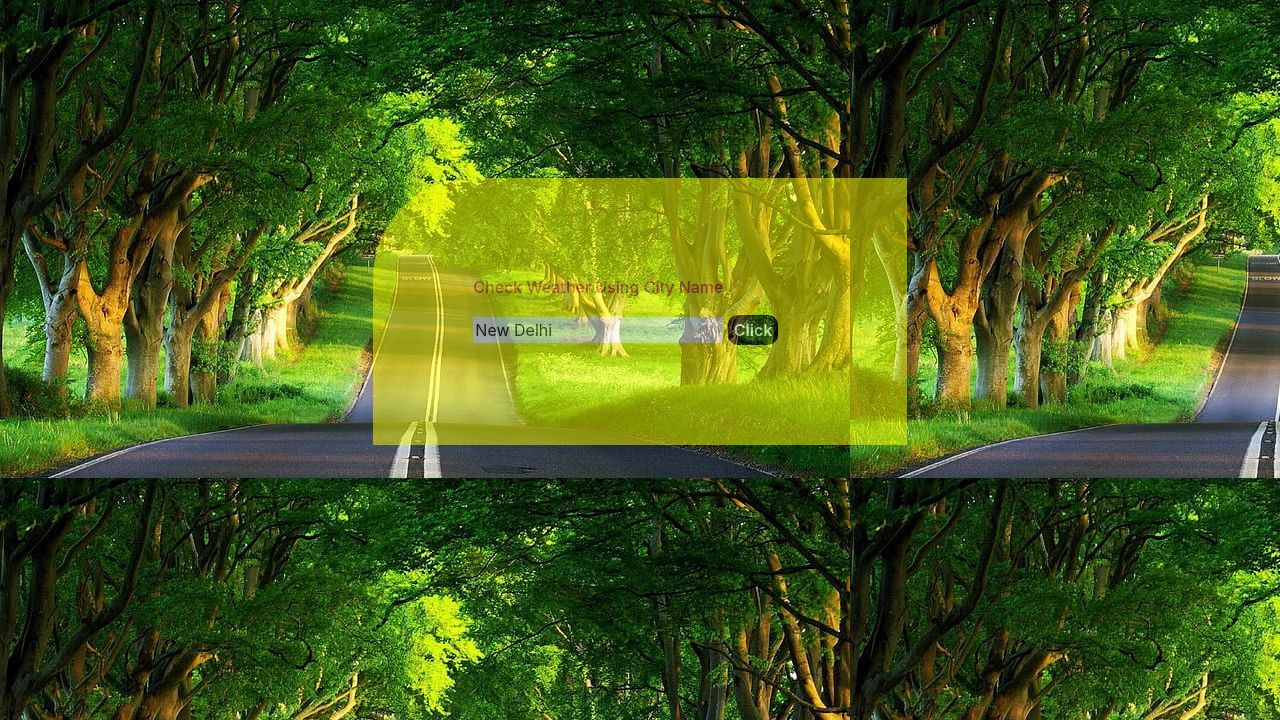
Repository: prashantkumarbind/Hospital-Weather-Concept
Page: http://localhost/weather-app/
These files come from the project's save history. The page is drawn as it stood at one moment and after the next save; the edit follows.
The browser window is 1280 px wide. The pictures show the whole page.
The page is served by Tomcat 9.

Above is the page before, as saved 2024-01-19 07:48:30.

After the next save:
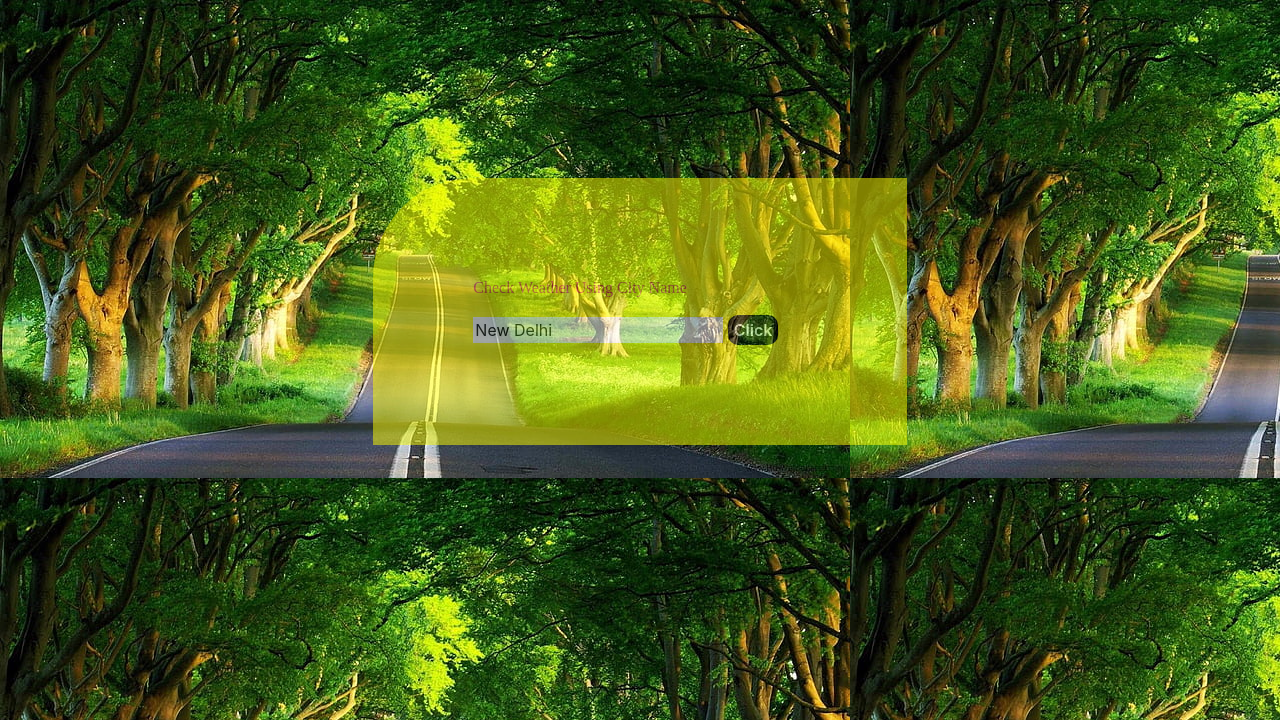
Saved 38 s later.
--- a/weather-app/src/main/webapp/index.jsp
+++ b/weather-app/src/main/webapp/index.jsp
@@ -39,6 +39,9 @@
 		border:none;
 		width:250px;
 	}
+	.weather{
+		font-family:elephant;
+	}
 </style>
 </head>
 <body>
@@ -47,7 +50,7 @@
 			<div class="container-fluid">
 				<div class="row justify-content-center">
 					<div class="col-5 form controller ">
-						<h6 class="text-danger">Check Weather Using City Name</h6>
+						<h6 class="text-danger weather">Check Weather Using City Name</h6>
 						<form action="FormDataController" method="Post">
 							 <div class="form-design">
 							 	<input class="text-design" type="text" name="city_name" value="New Delhi">
